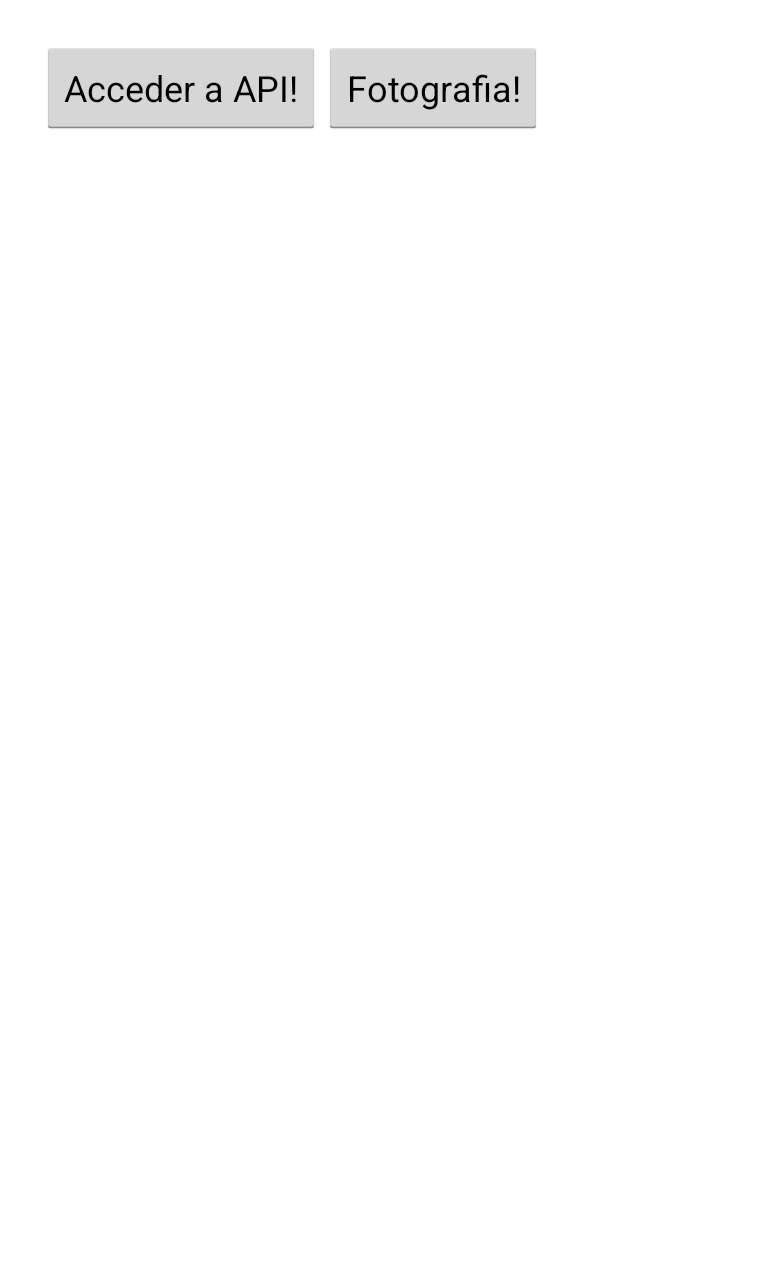
Repository: sstevenmr/SP-Galileo
Layout: Demo3_10/res/layout/activity_main.xml
The author's editor kept a copy of each file at every save. The layout is drawn from the files as they stood at one save, then again after the next save.
It is drawn on a 768 x 1280 px phone screen (xhdpi) without system bars, with theme AppTheme; the app's code is not run. Lists and similar views that code fills are empty.

Above is the layout before, as saved 2014-02-24 17:12:00.

### Demo3_10/res/layout/activity_main.xml
<LinearLayout xmlns:android="http://schemas.android.com/apk/res/android"
    xmlns:tools="http://schemas.android.com/tools"
    android:layout_width="match_parent"
    android:layout_height="match_parent"
    android:orientation="vertical"
    tools:context=".MainActivity" >

   	<LinearLayout
        android:orientation="horizontal"
        android:layout_width="match_parent"
        android:paddingBottom="20dp"
        android:padding="20dp"
        android:layout_height="wrap_content" >

   		<Button
   		    android:id="@+id/btnUpdate"
   		    android:layout_width="wrap_content"
   		    android:layout_height="wrap_content"
   		    android:gravity="center"
   		    android:text="@string/btn_Update" />

   		<Button
   		    android:id="@+id/btnPhoto"
   		    android:layout_width="wrap_content"
   		    android:layout_height="match_parent"
   		    android:gravity="center"
   		    android:text="@string/btn_Photo" />

    </LinearLayout>

    <GridView
        android:id="@+id/grid"
        android:layout_width="match_parent"
        android:layout_height="wrap_content"
        android:layout_marginTop="20dp"
        android:numColumns="2" >
    </GridView>

</LinearLayout>

### Demo3_10/res/values/strings.xml
<?xml version="1.0" encoding="utf-8"?>
<resources>

    <string name="app_name">Demo3</string>
    <string name="action_settings">Settings</string>
    <string name="hello_world">Hello world!</string>
    <string name="btn_Photo">Fotografia!</string>
    <string name="btn_Update">Acceder a API!</string>
    <string name="msg_yes">si</string>
    <string name="msg_no">no</string>
    <string name="title_activity_camera">CameraActivity</string>
	<string name="btn_from_gallery">Desde la galeria</string>
	<string name="btn_from_camera">Desde la camara</string>
</resources>

Loaded but not shown: Demo3_10/res/values/styles.xml (common file); Demo3_10/res/values-v11/styles.xml (common file); Demo3_10/res/values-v14/styles.xml (common file)

After the next save:
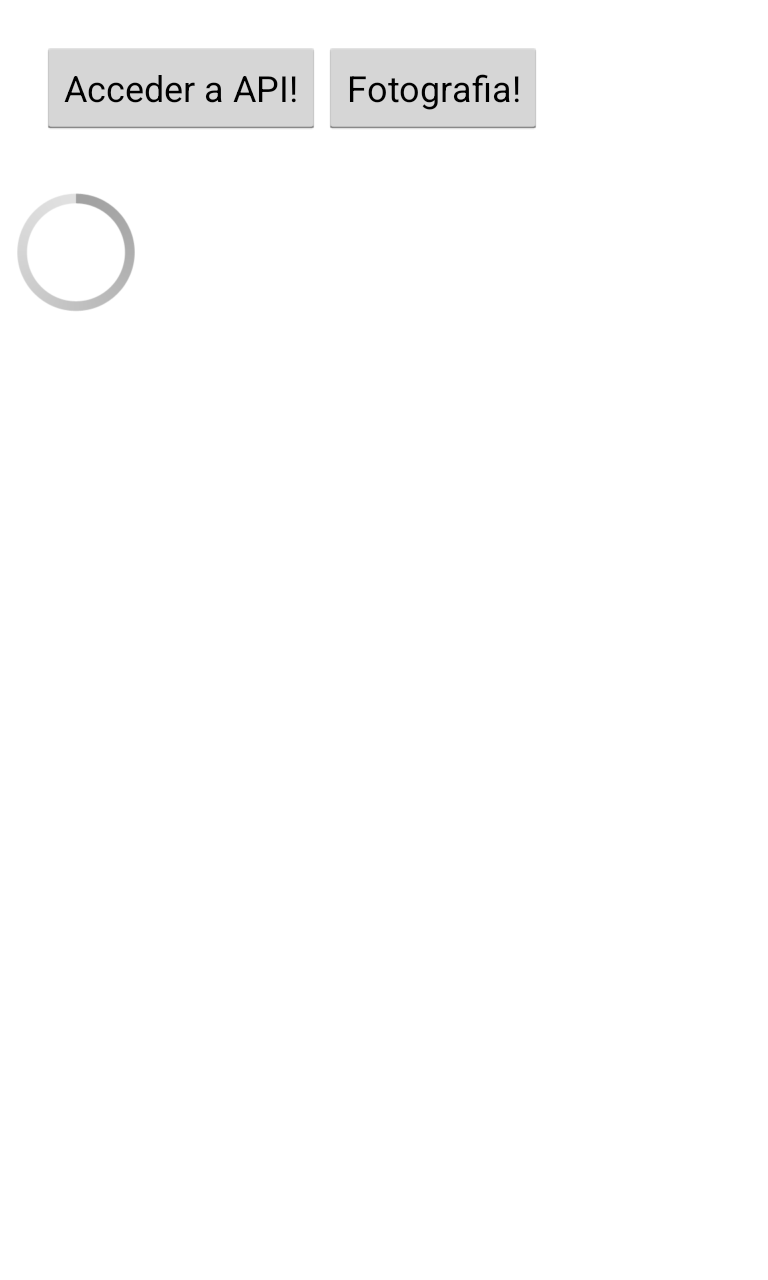
Saved 5 min 1 s later.
--- a/Demo3_10/res/layout/activity_main.xml
+++ b/Demo3_10/res/layout/activity_main.xml
@@ -28,6 +28,12 @@
 
     </LinearLayout>
 
+   	<ProgressBar
+   	    android:id="@+id/progressBar"
+   	    style="?android:attr/progressBarStyleLarge"
+   	    android:layout_width="wrap_content"
+   	    android:layout_height="wrap_content" />
+
     <GridView
         android:id="@+id/grid"
         android:layout_width="match_parent"
